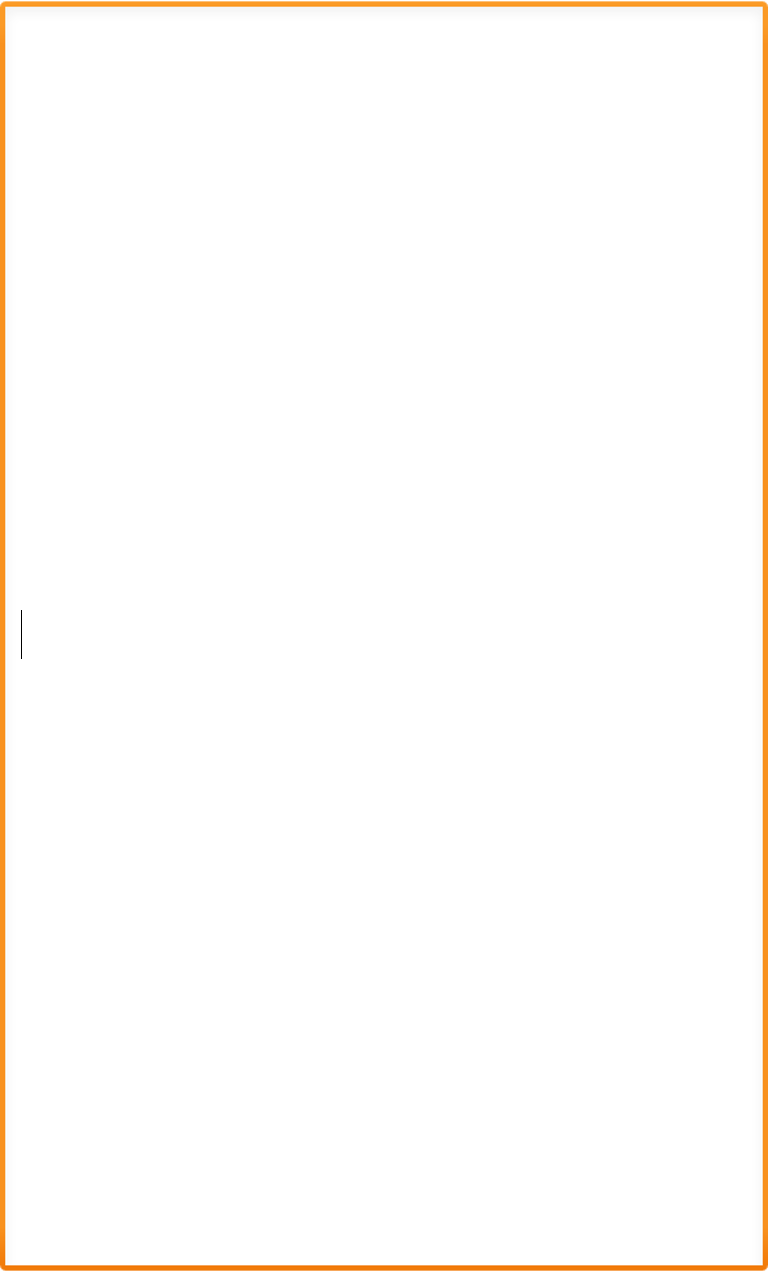
Repository: morthanveld/quado
Layout: android/qc/res/layout/main.xml
The author's editor kept a copy of each file at every save. The layout is drawn from the files as they stood at one save, then again after the next save.
It is drawn on a 768 x 1280 px phone screen (xhdpi) without system bars, with theme AppTheme; the app's code is not run.

Above is the layout before, as saved 2013-07-17 12:20:29.

After the next save:
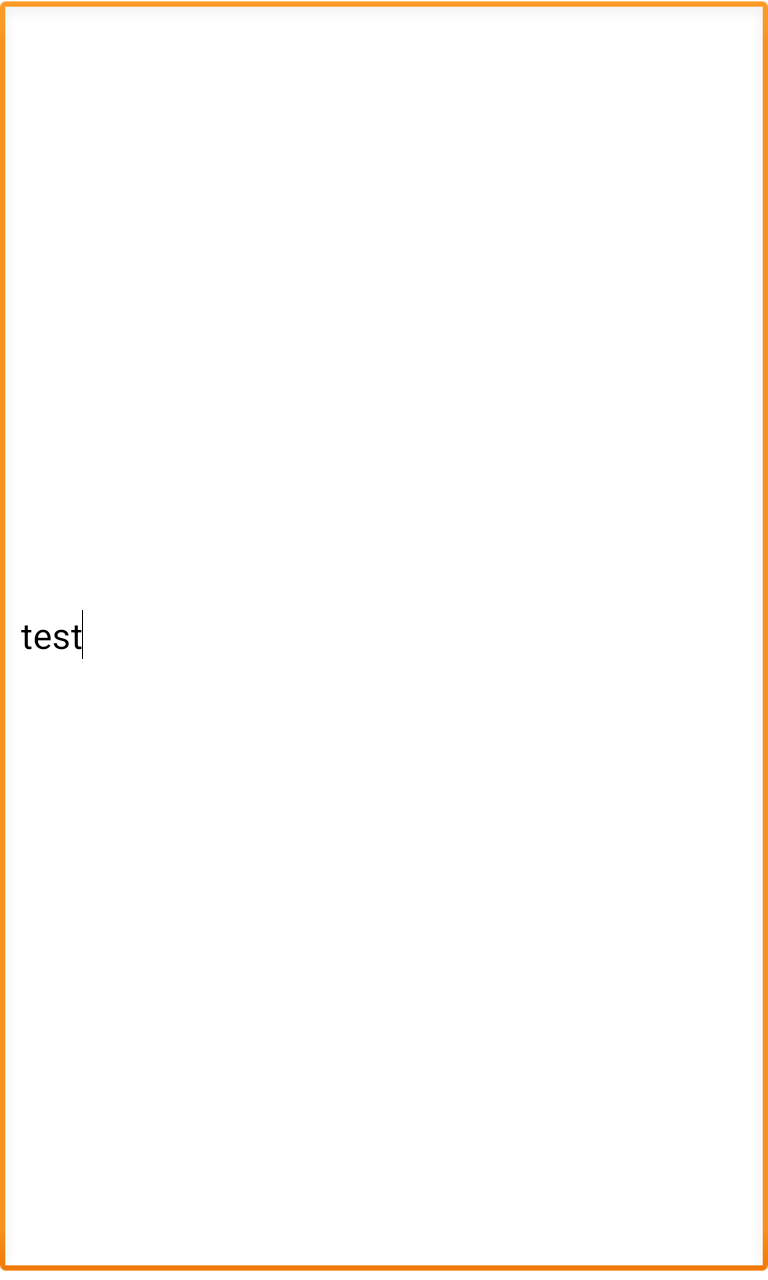
Saved 15 s later.
--- a/android/qc/res/layout/main.xml
+++ b/android/qc/res/layout/main.xml
@@ -9,7 +9,8 @@
         android:layout_width="match_parent"
         android:layout_height="wrap_content"
         android:layout_weight="0.38"
-        android:ems="10" >
+        android:ems="10"
+        android:text="test" >
 
         <requestFocus />
     </EditText>
